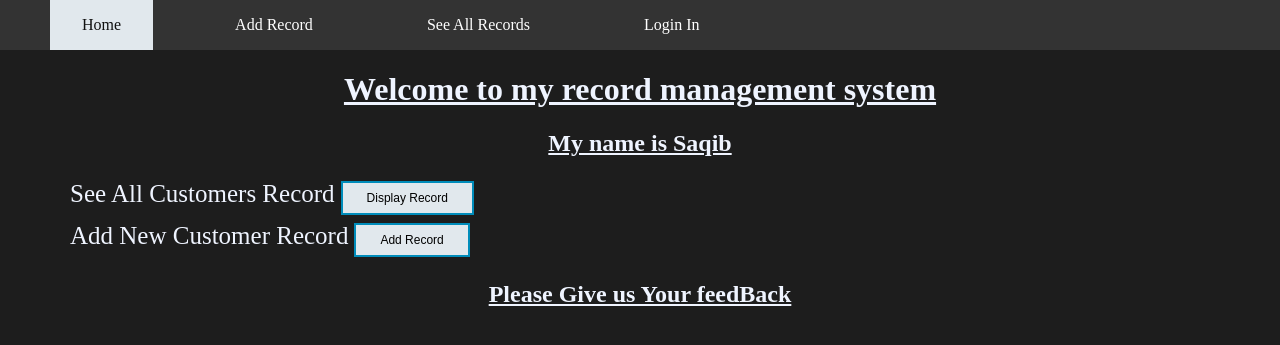
Repository: MUHAMMAD-SAQIB-2000/SpringBoot
Page: http://localhost/WebServiceRecordManagementSystem/home.jsp
An editor plug-in stored every save of this project. The page is shown before and after the next save, followed by the edit.
The browser window is 1280 px wide. The pictures show the whole page.
The page is served by Tomcat 9.

Above is the page before, as saved 2020-08-12 14:40:22.

After the next save:
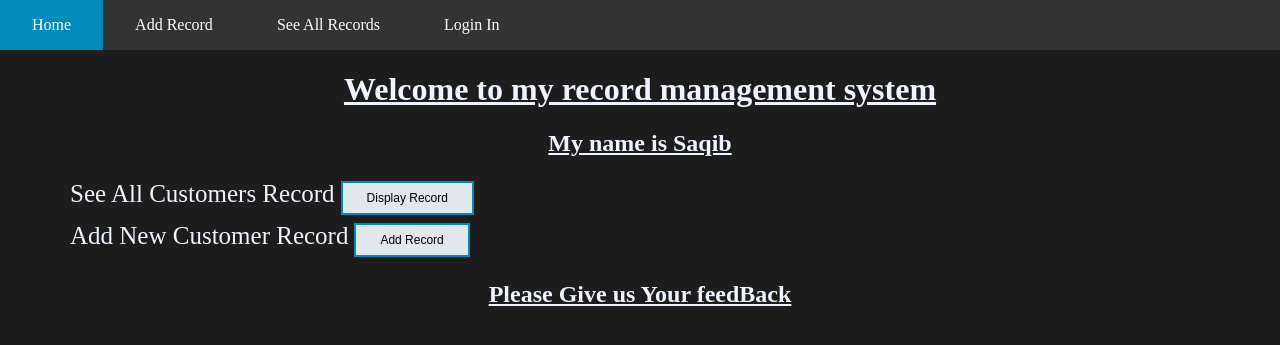
Saved 14 s later.
--- a/WebServiceRecordManagementSystem/src/main/webapp/style.css
+++ b/WebServiceRecordManagementSystem/src/main/webapp/style.css
@@ -22,7 +22,6 @@ li {
 }
 
 li a {
-	margin-left:50px;
 	display: block;
 	color: white;
 	text-align: center;
